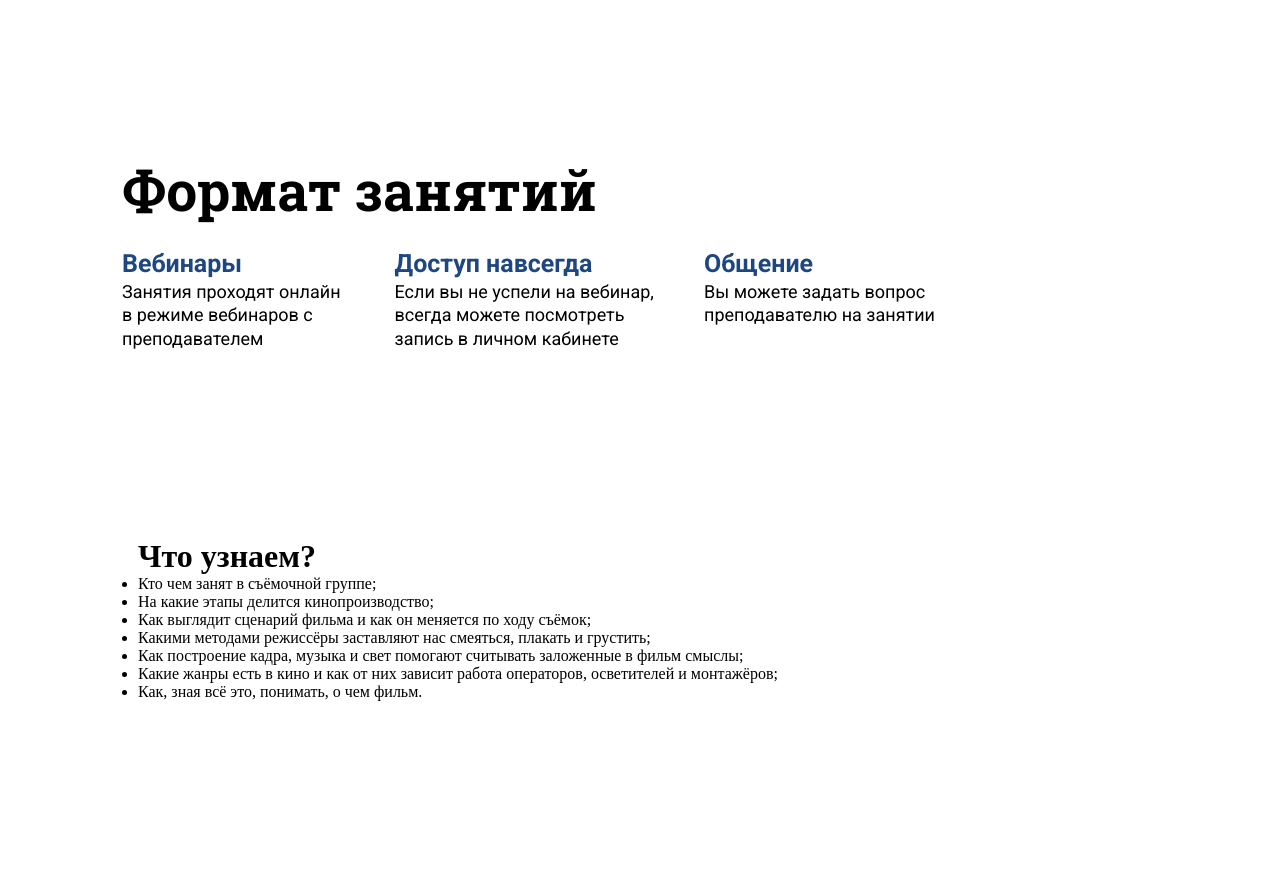
Repository: mirali879/previous-proj
Page: index.html
An editor plug-in stored every save of this project. The page is shown before and after a run of saves, followed by the edit.
The browser window is 1280 px wide. The pictures show the whole page.

Above is the page before, as saved 2023-05-06 19:28:50.

### index.html
<!DOCTYPE html>
<html lang="en">
  <head>
    <meta charset="UTF-8" />
    <meta http-equiv="X-UA-Compatible" content="IE=edge" />
    <meta name="viewport" content="width=device-width, initial-scale=1.0" />
    <link rel="stylesheet" href="/style.css" />
    <title>Document</title>
  </head>
  <body>
    <div class="page-1">
      <h1>Формат занятий</h1>

      <ul>
        <li >
          <h3>Вебинары</h3>
          <span
            >Занятия проходят онлайн в режиме вебинаров с преподавателем</span
          >
        </li>
        <li >
          <h3>Доступ навсегда</h3>
          <span
            >Если вы не успели на вебинар, всегда можете посмотреть запись в
            личном кабинете</span
          >
        </li>
        <li >
          <h3>Общение</h3>
          <span>Вы можете задать вопрос преподавателю на занятии</span>
        </li>
      </ul>
    </div>

    <div class="page-2">
      <h1>Что узнаем?</h1>
        <ul >
          <li>Кто чем занят в съёмочной группе;</li>
          <li>На какие этапы делится кинопроизводство;</li>
          <li>
            Как выглядит сценарий фильма и как он меняется по ходу съёмок;
          </li>
          <li>
            Какими методами режиссёры заставляют нас смеяться, плакать и
            грустить;
          </li>
          <li>
            Как построение кадра, музыка и свет помогают считывать заложенные в
            фильм смыслы;
          </li>
          <li>
            Какие жанры есть в кино и как от них зависит работа операторов,
            осветителей и монтажёров;
          </li>
          <li>Как, зная всё это, понимать, о чем фильм.</li>
        </ul>
    </div>

    <!-- <div class="container2">
        <h1>Программа курса</h1>
        <div class="box-row">
            <div class="box">
                <img src="/images/pic-1.png" alt="">
                <h3>1. Как создают кино</h3>
                <div class="div">
                    8 сентября 20:00 Данила Кузнецов
                </div>
            </div>

            <div class="box">
                <img src="/images/pic-1.png" alt="">
                <h3>1. Как создают кино</h3>
                <div class="div">
                    8 сентября 20:00 Данила Кузнецов
                </div>
            </div>

            <div class="box">
                <img src="/images/pic-1.png" alt="">
                <h3>1. Как создают кино</h3>
                <div class="div">
                    8 сентября 20:00 Данила Кузнецов
                </div>
            </div>

            <div class="box">
                <img src="/images/pic-1.png" alt="">
                <h3>1. Как создают кино</h3>
                <div class="div">
                    8 сентября 20:00 Данила Кузнецов
                </div>
            </div>

            <div class="box">
                <img src="/images/pic-1.png" alt="">
                <h3>1. Как создают кино</h3>
                <div class="div">
                    8 сентября 20:00 Данила Кузнецов
                </div>
            </div>

            <div class="box">
                <img src="/images/pic-1.png" alt="">
                <h3>1. Как создают кино</h3>
                <div class="div">
                    8 сентября 20:00 Данила Кузнецов
                </div>
            </div>

            <div class="box">
                <img src="/images/pic-1.png" alt="">
                <h3>1. Как создают кино</h3>
                <div class="div">
                    8 сентября 20:00 Данила Кузнецов
                </div>
            </div>

            <div class="box">
                <img src="/images/pic-1.png" alt="">
                <h3>1. Как создают кино</h3>
                <div class="div">
                    8 сентября 20:00 Данила Кузнецов
                </div>
            </div>
        </div>
    </div> -->
  </body>
</html>

### style.css
@import url("https://fonts.googleapis.com/css2?family=Roboto+Slab:wght@700&family=Roboto:wght@400;700&display=swap");
* {
  margin: 0;
  padding: 0;
}

.page-1 {
  padding: 162px 344px 188px 122px;
}
.page-1 h1 {
  font-family: "Roboto Slab";
  font-style: normal;
  font-weight: 700;
  font-size: 55px;
  line-height: 101.38%;
}
.page-1 ul {
  margin-top: 30px;
  display: flex;
  justify-content: space-between;
}
.page-1 li {
  list-style-type: none;
}
.page-1 li:nth-child(1) {
  width: 223px;
}
.page-1 li:nth-child(2) {
  width: 260px;
}
.page-1 li:nth-child(3) {
  width: 232px;
}
.page-1 ul li h3 {
  font-family: "Roboto";
  font-style: normal;
  font-weight: 700;
  font-size: 25px;
  line-height: 130%;
  color: #1e4681;
}
.page-1 ul li span {
  font-family: "Roboto";
  font-style: normal;
  font-weight: 400;
  font-size: 18px;
  line-height: 130%;
  color: #000000;
}

.page-2{
padding-left: 138px;
padding-bottom: 168px;
}
.page-2 h

After the next 3 saves:
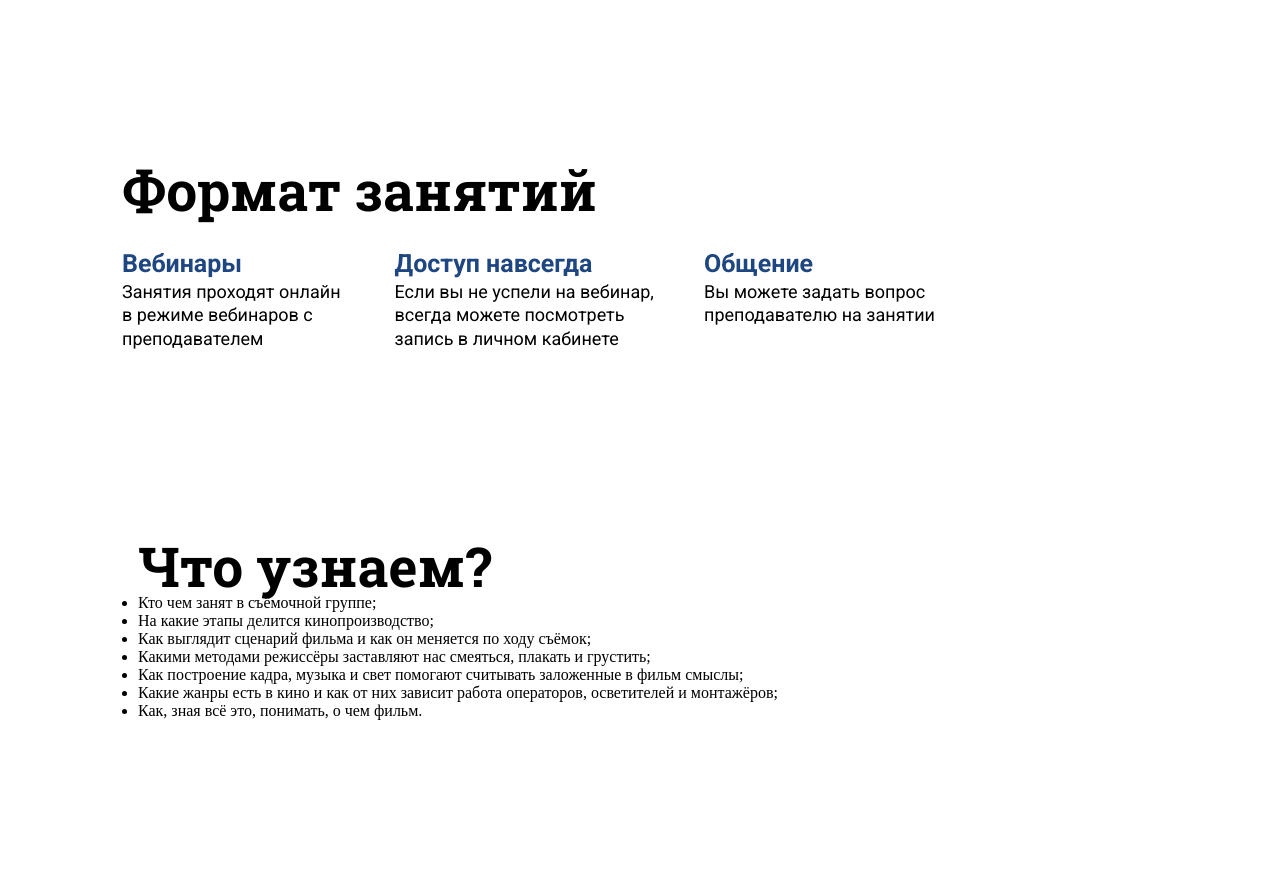
The 3 saves are shown as one change because they came seconds apart.
The last was saved 7 s later.
--- a/style.css
+++ b/style.css
@@ -52,4 +52,11 @@
 padding-left: 138px;
 padding-bottom: 168px;
 }
-.page-2 h
+.page-2 h1{
+  font-family: 'Roboto Slab';
+font-style: normal;
+font-weight: 700;
+font-size: 55px;
+line-height: 101.38%;
+color: #000000;
+}
